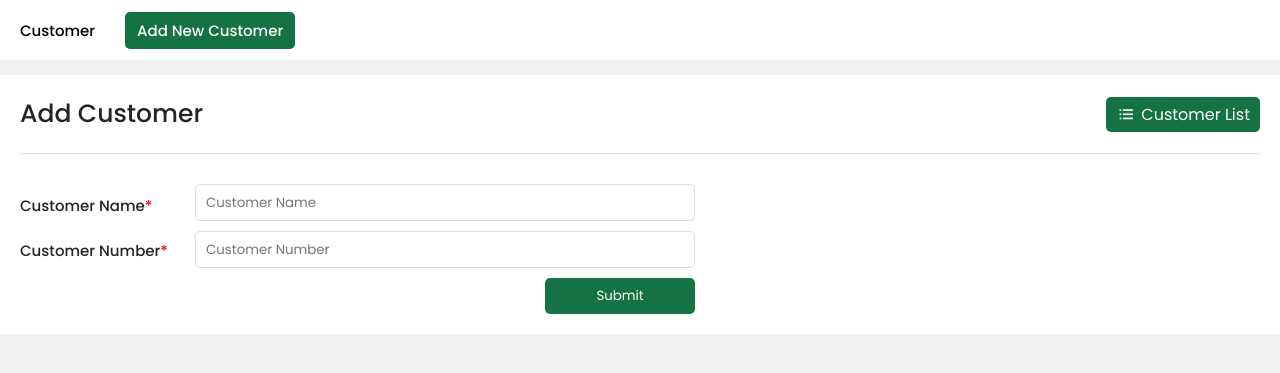
Repository: codebyaddro/customer-page
Page: pages/html/ancus.html
These files come from the project's save history. The page is drawn as it stood at one moment and after a run of saves; the edit follows.
The browser window is 1280 px wide. The pictures show the whole page.

Above is the page before, as saved 2025-02-20 15:19:25.

### pages/html/ancus.html
<!DOCTYPE html>
<html lang="en">
<head>
    <meta charset="UTF-8">
    <meta name="viewport" content="width=device-width, initial-scale=1.0">
    <!-- CSS -->
    <link rel="stylesheet" href="/pages/css/ancus.css">
    <!-- Icons -->
    <link href='https://unpkg.com/boxicons@2.1.4/css/boxicons.min.css' rel='stylesheet'>
    <title>Add New Customer - Page</title>
</head>
<body style="background-color: var(--gray-white);">
    <div class="cba-add-new-cus-container">
        <div class="cba-ancus-top-menus">
            <ul>
                <li><a href="/index.html" class="cba-ancus-light-up">Customer</a></li>
                <li><a href="/inner-pages/html/anc.html" class="cba-ancus-active-menu">Add New Customer</a></li>
            </ul>
        </div>
        <div class="cba-ancus-add-container">
            <div class="cba-ancus-heading-add-new-btn">
                <div class="cba-ancus-heading">
                    <h2>Add Customer</h2>
                </div>
                <div class="cba-ancus-cate-list-btn">
                    <i class='cba-ancus-add-icon bx bx-list-ul'></i>
                    <a href="/index.html">Customer List</a>
                </div>
            </div>
            <div class="cba-ancus-category-add-field">
                <div class="cba-ancus-form-con">
                    <div class="cba-ancus-label">
                        <label for="customer-name">Customer Name<span class="cba-ancus-required">*</span></label>
                        <label for="customer-number">Customer Number<span class="cba-ancus-required">*</span></label>
                    </div>
                    <div class="cba-ancus-input">
                        <input type="text" name="customer-name" id="customer-name" placeholder="Customer Name">
                        <input type="text" name="customer-number" id="customer-number" placeholder="Customer Number">
                        <div class="cba-ancus-submit-btn">
                            <input type="submit">
                        </div>
                    </div>
                </div>
            </div>
        </div>
    </div>
</body>
</html>

### pages/css/ancus.css
/* -- fonts -- */
@import url('https://fonts.googleapis.com/css2?family=Poppins:ital,wght@0,100;0,200;0,300;0,400;0,500;0,600;0,700;0,800;0,900;1,100;1,200;1,300;1,400;1,500;1,600;1,700;1,800;1,900&family=Raleway:ital,wght@0,100..900;1,100..900&family=Roboto:ital,wght@0,100;0,300;0,400;0,500;0,700;0,900;1,100;1,300;1,400;1,500;1,700;1,900&family=VT323&display=swap');

/* -- root -- */

:root {
    --gray-white: #F0F1F2;
    --white: #FFFFFF;
    --black: #000000;
    --gray-black: #DDDDDD;
    --light-black: #212523;
    --main-green: #157343;
    --main-light: #37A000;
    --light-orange: #FD7E14;
    --green: #008000;
    --light-green: #e9f6ec;
    --red: #FF0000;
    --light-red: #fbeaec;
}

/* --universal style -- */

* {
    margin: 0;
    padding: 0;
    box-sizing: border-box;
    font-family: "Poppins", serif;
}

/* -- website app text selection cursor style */

::selection {
    color: var(--white);
    background-color: var(--main-light);
}

/* -- add new container style -- */

.cba-add-new-cus-container {
    width: 100%;
}

/* -- top menus style--  */

.cba-ancus-top-menus {
    background-color: var(--white);
    display: flex;
    justify-content: left;
    align-items: center;
    height: 60px;
    padding: 0px 40px;
    margin-bottom: 15px;
}

.cba-ancus-top-menus ul {
    list-style-type: none;
    display: flex;
    gap: 30px;
    margin-left: -20px;
}

.cba-ancus-top-menus ul li a {
    text-decoration: none;
    color: var(--black);
    font-size: 15px;
    font-weight: 500;
}

/* -- active menu style -- */

.cba-ancus-active-menu {
    color: var(--white)!important;
    background-color: var(--main-green);
    padding: 8px 12px;
    border-radius: 5px;
}

/* -- menu hover style -- */

.cba-ancus-light-up:hover {
    color: var(--light-orange);
}

/* -- list container style -- */

.cba-ancus-add-container {
    background-color: var(--white);
    padding: 0px 20px;
}

/* -- heading-add-new-btn style -- */

.cba-ancus-heading-add-new-btn {
    display: flex;
    justify-content: space-between;
    align-items: center;
    border-bottom: 1px solid var(--gray-black);
    padding: 20px 0px;
}

.cba-ancus-heading h2 {
    color: var(--light-black);
    font-size: 25px;
    font-weight: 500;
}

/* -- add-new-btn style -- */

.cba-ancus-cate-list-btn {
    display: flex;
    gap: 5px;
    justify-content: baseline;
    align-items: center;
}

.cba-ancus-cate-list-btn {
    background-color: var(--main-green);
    padding: 5px 10px;
    border-radius: 5px;
}

.cba-ancus-cate-list-btn a {
    color: var(--white);
    text-decoration: none;
}

.cba-ancus-add-icon {
    color: var(--white);
    font-size: 20px;
}

/* -- customer add field style -- */

/* -- label red star style -- */
.cba-ancus-required {
    color: var(--red);
}

.cba-ancus-category-add-field {
    width: 50%;
    padding-top: 30px;
    padding-bottom: 20px;
}

.cba-ancus-form-con {
    display: grid;
    gap: 20px;
    grid-template-columns: 25% 75%;
}

.cba-ancus-form-con .cba-ancus-label {
    display: flex;
    justify-content: left;
    flex-direction: column;
}

.cba-ancus-input {
    width: 500px;
}

.cba-ancus-form-con label {
    color: var(--light-black);
    font-size: 15px;
    font-weight: 500;
    margin-top: 10px;
    margin-bottom: 12px;
}

.cba-ancus-form-con input {
    display: flex;
    justify-content: left;
    flex-direction: column;
    width: 30%;
}

input[type="text"] {
    width: 100%;
    padding: 7.5px 10px;
    border: 1px solid var(--gray-black);
    border-radius: 5px;
    outline: none;
    margin-top: 0px;
    margin-bottom: 10px;
}

select {
    width: 100%;
    padding: 7.5px 10px;
    border: 1px solid var(--gray-black);
    border-radius: 5px;
    outline: none;
    appearance: none;
}

.cba-ancus-submit-btn {
    display: flex;
    justify-content: right;
    margin-top: 10px;
}

input[type="submit"] {
    background-color: var(--main-green);
    color: var(--white);
    border: none;
    border-radius: 5px;
    padding: 8px 12px;
    cursor: pointer;
}

After the next 5 saves:
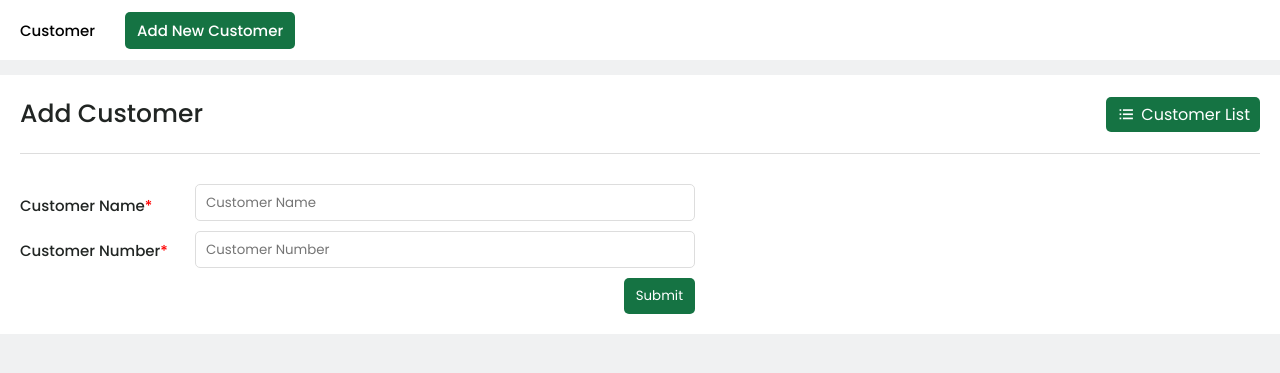
The 5 saves are shown as one change because they came seconds apart.
The last was saved 8 s later.
--- a/pages/css/ancus.css
+++ b/pages/css/ancus.css
@@ -170,7 +170,7 @@
     display: flex;
     justify-content: left;
     flex-direction: column;
-    width: 30%;
+    width: 800xp;
 }
 
 input[type="text"] {
